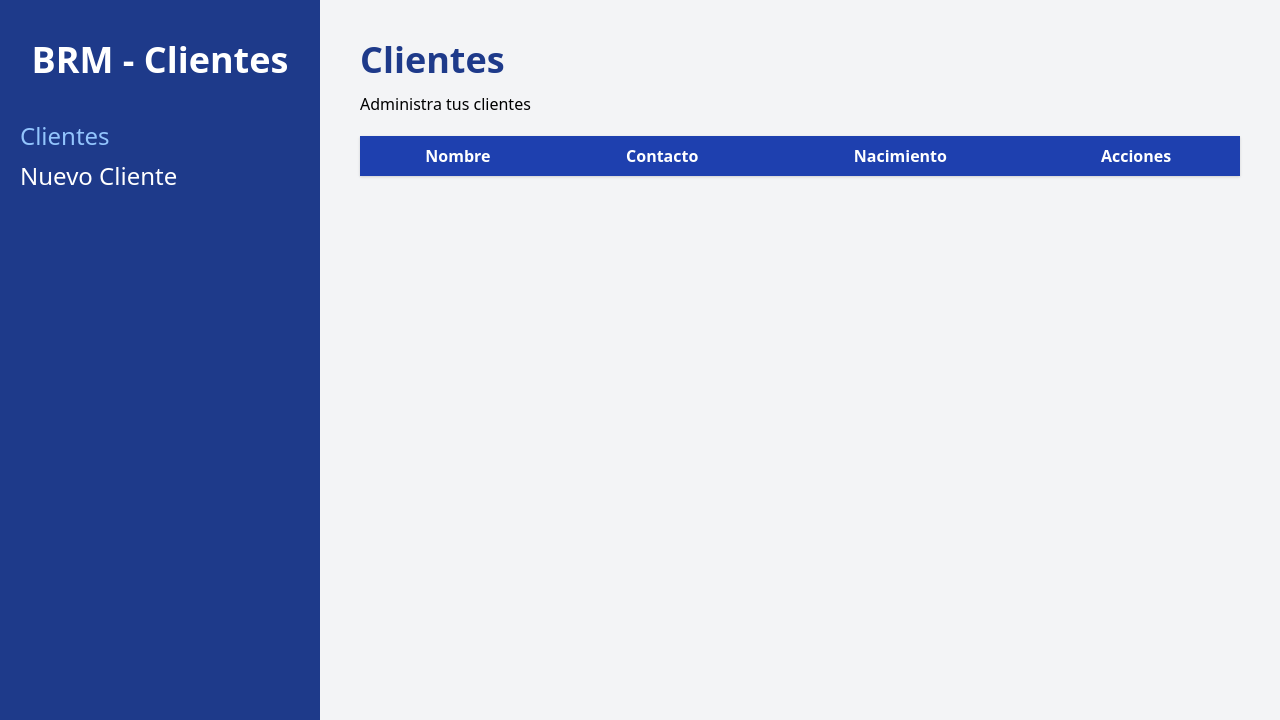
Repository: jdep98/api_crm
Page: /clientes
An editor plug-in stored every save of this project. The page is shown before and after the next save, followed by the edit.
The browser window is 1280 px wide. The pictures show the whole page.
The page's requests for data from a server got no answer. The project was rebuilt for these pictures with package versions that can differ from the ones it lists, and the page was loaded fresh each time. No one was signed in, and anything a server would have sent is missing. Also part of the build but not shown: vite.config.js, src/components/Cliente.jsx, src/components/Alerta.jsx, src/styles/Spinner.css, src/components/Formulario.jsx, src/paginas/NuevoCliente.jsx, src/paginas/EditarCliente.jsx.

Above is the page before, as saved 2022-04-05 13:44:16.

After the next save:
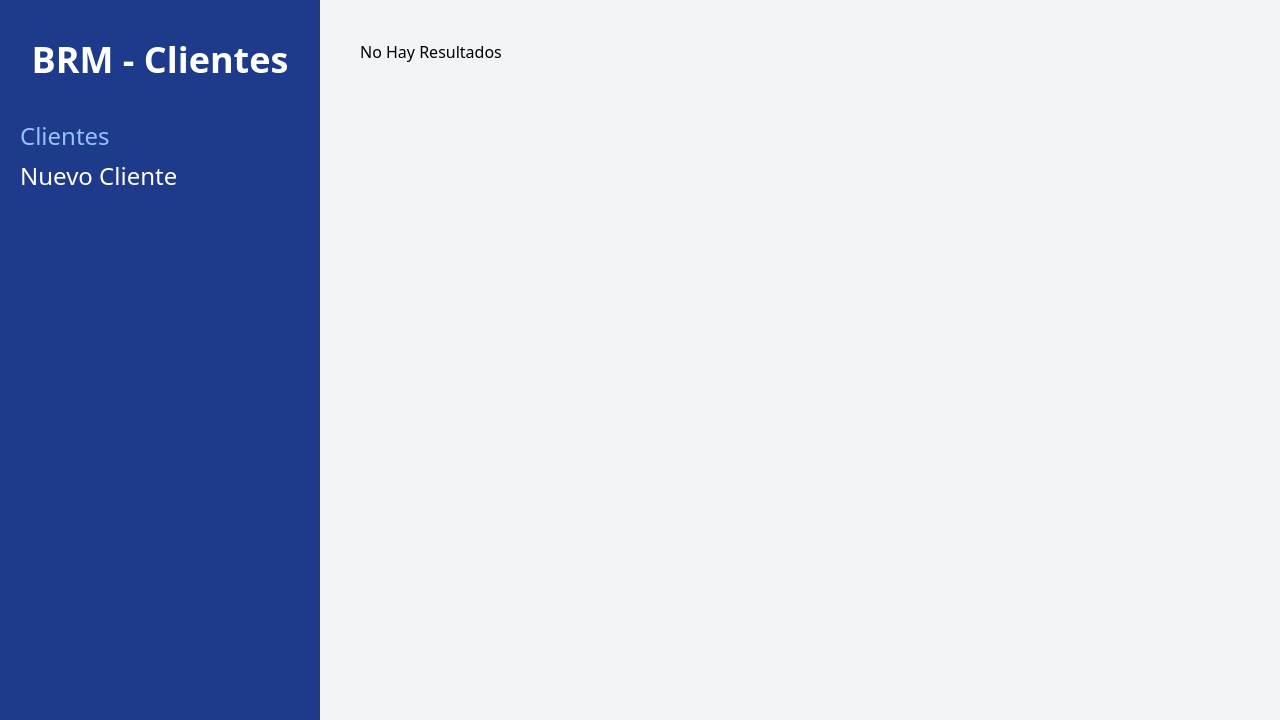
Saved 58 s later.
--- a/src/App.jsx
+++ b/src/App.jsx
@@ -13,7 +13,7 @@
   return (
       <BrowserRouter>
           <Routes>
-              <Route path="/clientes" element={<Layout />}>
+              <Route path="/" element={<Layout />}>
                   <Route index element={<Inicio />} />
                   <Route path="nuevo" element={<NuevoCliente />} />
                   <Route path="editar/:id" element={<EditarCliente />} />

After the save that followed:
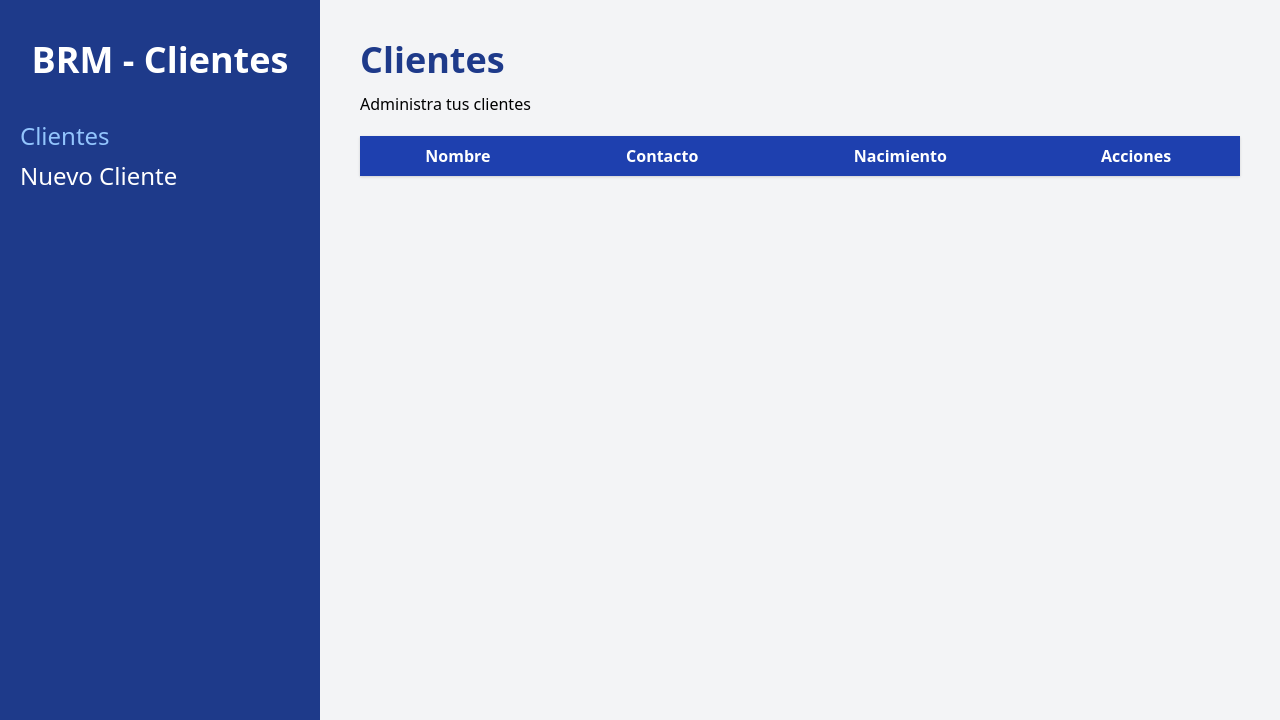
Saved 32 s later.
--- a/src/App.jsx
+++ b/src/App.jsx
@@ -13,7 +13,7 @@
   return (
       <BrowserRouter>
           <Routes>
-              <Route path="/" element={<Layout />}>
+              <Route path="/clientes" element={<Layout />}>
                   <Route index element={<Inicio />} />
                   <Route path="nuevo" element={<NuevoCliente />} />
                   <Route path="editar/:id" element={<EditarCliente />} />
